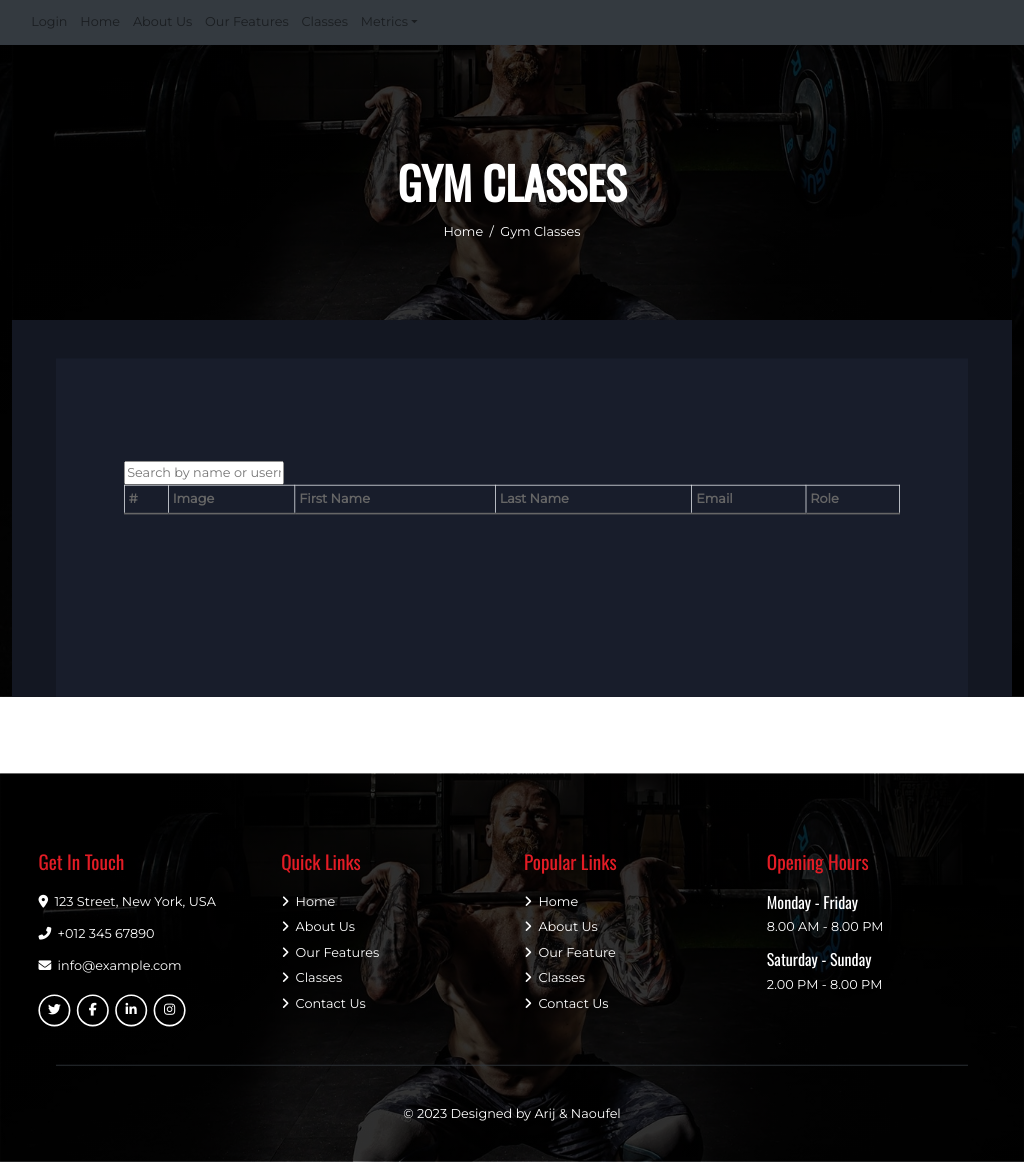
Repository: Arouja/frontgym
Page: /users
The author's editor kept a copy of each file at every save. The page is drawn from the files as they stood at one save, then again after the next save.
The browser window is 1280 px wide. The pictures show the whole page, at 80% of full size.
The page's requests for data from a server got no answer. Some web libraries are served in a nearby version. The project was rebuilt for these pictures with package versions that can differ from the ones it lists, and the page was loaded fresh each time. No one was signed in, and anything a server would have sent is missing. Also part of the build but not shown: src/App.css, src/Components/about/About.jsx, src/Components/classes/Classes.jsx, src/Components/home/Home.jsx, src/Components/feature/Feature.jsx, src/Components/contact/Contact.jsx, src/Components/login/Login.jsx, src/Components/profile/profile.js and 7 more.

Above is the page before, as saved 2023-10-11 01:46:50.

### public/index.html
<!DOCTYPE html>
<html lang="en">
  <head>
    <meta charset="utf-8" />
    <link rel="icon" href="%PUBLIC_URL%/favicon.ico" />
    <meta name="viewport" content="width=device-width, initial-scale=1" />
    <meta name="theme-color" content="#000000" />
    <meta
      name="description"
      content="Web site created using create-react-app"
    />
    <link href="https://cdn.jsdelivr.net/npm/bootstrap@5.0.2/dist/css/bootstrap.min.css" rel="stylesheet">
    <link href="https://cdnjs.cloudflare.com/ajax/libs/font-awesome/5.13.0/css/all.min.css" rel="stylesheet">
    <link rel="apple-touch-icon" href="%PUBLIC_URL%/logo192.png" />
    <!--
      manifest.json provides metadata used when your web app is installed on a
      user's mobile device or desktop. See https://developers.google.com/web/fundamentals/web-app-manifest/
    -->
    <link rel="manifest" href="%PUBLIC_URL%/manifest.json" />
    <!--
      Notice the use of %PUBLIC_URL% in the tags above.
      It will be replaced with the URL of the `public` folder during the build.
      Only files inside the `public` folder can be referenced from the HTML.

      Unlike "/favicon.ico" or "favicon.ico", "%PUBLIC_URL%/favicon.ico" will
      work correctly both with client-side routing and a non-root public URL.
      Learn how to configure a non-root public URL by running `npm run build`.
    -->
    <title>React App</title>

     <!-- Favicon -->
     <link href="img/favicon.ico" rel="icon">

     <!-- Font Awesome -->
     <link href="https://cdnjs.cloudflare.com/ajax/libs/font-awesome/5.10.0/css/all.min.css" rel="stylesheet">

     <!-- Flaticon Font -->
     <link href="lib/flaticon/font/flaticon.css" rel="stylesheet">

     <!-- Customized Bootstrap Stylesheet -->
     <link href="css/style.min.css" rel="stylesheet">






  </head>


  <body>
    <noscript>You need to enable JavaScript to run this app.</noscript>
    <div id="root"></div>
    <!--
      This HTML file is a template.
      If you open it directly in the browser, you will see an empty page.

      You can add webfonts, meta tags, or analytics to this file.
      The build step will place the bundled scripts into the <body> tag.

      To begin the development, run `npm start` or `yarn start`.
      To create a production bundle, use `npm run build` or `yarn build`.
    -->

    <!-- JavaScript Libraries -->
    <script src="https://code.jquery.com/jquery-3.4.1.min.js"></script>
    <script src="https://stackpath.bootstrapcdn.com/bootstrap/4.4.1/js/bootstrap.bundle.min.js"></script>
    <script src="lib/easing/easing.min.js"></script>
    <script src="lib/waypoints/waypoints.min.js"></script>

    <!-- Contact Javascript File -->
    <script src="mail/jqBootstrapValidation.min.js"></script>
    <script src="mail/contact.js"></script>

    <!-- Template Javascript -->
    <script src="js/main.js"></script>
    <script src="https://cdn.jsdelivr.net/npm/@popperjs/core@2.9.2/dist/umd/popper.min.js"></script>
    <script src="https://cdn.jsdelivr.net/npm/bootstrap@5.0.2/dist/js/bootstrap.min.js"></script>
    <script src="https://cdn.jsdelivr.net/npm/bootstrap@5.0.2/dist/js/bootstrap.bundle.min.js"></script>
    <script src="https://use.fontawesome.com/f59bcd8580.js"></script>
    <script src="https://cdn.jsdelivr.net/npm/@popperjs/core@2.9.2/dist/umd/popper.min.js"></script>
    <script src="https://cdn.jsdelivr.net/npm/bootstrap@5.0.2/dist/js/bootstrap.min.js"></script>
    <script src="https://cdn.jsdelivr.net/npm/bootstrap@5.0.2/dist/js/bootstrap.bundle.min.js"></script>

  </body>


</html>

### src/index.js
import React from 'react';
import ReactDOM from 'react-dom';
import { Provider } from 'react-redux';
import store from './store';
import App from './App';

ReactDOM.render(
  <Provider store={store}>
    <App />
  </Provider>,
  document.getElementById('root')
);

### src/store.js
import { createStore, applyMiddleware, combineReducers } from 'redux';
import thunk from 'redux-thunk';
import authReducer from './reducers/authReducer';

const rootReducer = combineReducers({
  auth: authReducer,
});

const store = createStore(rootReducer, applyMiddleware(thunk));

export default store;

### src/reducers/authReducer.js
import { LOGIN_SUCCESS, LOGOUT_SUCCESS, REGISTER_SUCCESS } from '../actions/types';

const initialState = {
  token: localStorage.getItem('token'),
};

const authReducer = (state = initialState, action) => {
  switch (action.type) {
    case LOGIN_SUCCESS:
    case REGISTER_SUCCESS:
      localStorage.setItem('token', action.payload);
      return {
        ...state,
        token: action.payload,
      };
    case LOGOUT_SUCCESS:
      localStorage.removeItem('token');
      return {
        ...state,
        token: null,
      };
    default:
      return state;
  }
};

export default authReducer;

### src/users/users.js
import React, { useState, useEffect } from 'react';
import axios from 'axios';
import CustomNavbar from "../Components/navbar/CustomNavbar";

import { BrowserRouter as Router, Route, Link, Routes} from "react-router-dom";
import Table from 'react-bootstrap/Table';

import Footer from "../Components/footer/footer";

import {
  MDBContainer,

} from 'mdb-react-ui-kit';

const Users = () => {
    const [users, setUsers] = useState([]);
  const [searchTerm, setSearchTerm] = useState('');



    useEffect(() => {
        fetch('http://localhost:8089/api/v1/users/all-users')
          .then(response => response.json())
          .then(data => setUsers(data))
          .catch(error => console.error('Error fetching data:', error));
      }, []);

      const filteredUsers = users.filter(user =>
        user.firstName.toLowerCase().includes(searchTerm.toLowerCase()) ||
        user.lastName.toLowerCase().includes(searchTerm.toLowerCase()) ||
        user.username.toLowerCase().includes(searchTerm.toLowerCase()) ||
        user.role.toLowerCase().includes(searchTerm.toLowerCase())
      );



  if (!users) {
    return <div>Loading...</div>;
  }

  return (
    <>

    <div style={{ display: 'flex' }}>

      <CustomNavbar profilePath={users && users.path} />
      <div className="container-fluid page-header mb-5">



      <section style= {{ backgroundColor: 'rgba(19,23,34,255)' }} >
      {/* Page Header Start */}

  <div className="container-fluid page-header mb-5">
    <div
      className="d-flex flex-column align-items-center justify-content-center pt-0 pt-lg-5"
      style={{ minHeight: 400 }}
    >
      <h4 className="display-4 mb-3 mt-0 mt-lg-5 text-white text-uppercase font-weight-bold">
        Gym Classes
      </h4>
      <div className="d-inline-flex">
        <p className="m-0 text-white">
          {/* <a className="text-white" href="">
            Home
          </a> */}
          <Link className="text-white" to="/">Home</Link>
        </p>
        <p className="m-0 text-white px-2">/</p>
        <p className="m-0 text-white">Gym Classes</p>
      </div>
    </div>
  </div>
  {/* Page Header End */}





        <MDBContainer className="py-4" style={{ backgroundColor: 'rgba(24,29,43,255)'}} >

 {/* BMI Calculation Start */}
 <div className="container-fluid position-relative bmi mt-5" style={{ marginBottom: 90 }}>

    <div className="container">
      <div className="row px-3 align-items-center">


      <div className="container-fluid position-relative bmi mt-5" style={{ marginBottom: 90 }}>
            <div className="container">
              <div className="row px-3 align-items-center">
                {/* Your table goes here */}
                <div className="p-2">
                  <input
                    type="text"
                    value={searchTerm}
                    onChange={(e) => setSearchTerm(e.target.value)}
                    placeholder="Search by name or username"
                  />
                  <Table striped bordered hover size="sm">
                    <thead>
                      <tr>
                        <th>#</th>
                        <th>Image</th>
                        <th>First Name</th>
                        <th>Last Name</th>
                        <th>Email</th>
                        <th>Role</th>
                      </tr>
                    </thead>
                    <tbody>
                      {filteredUsers.map((user, index) => (
                        <tr key={user.id}>
                          <td>{index + 1}</td>
                          <td>
                            <img
                              src={require('../images/' + user.path)}
                              alt="Profile"
                              className="rounded-circle"
                              style={{
                                width: "40px",
                                height: "40px",
                                margin: "relative",
                              }}
                            />
                          </td>
                          <td>{user.firstName}</td>
                          <td>{user.lastName}</td>
                          <td>{user.username}</td>
                          <td>{user.role}</td>
                        </tr>
                      ))}
                    </tbody>
                  </Table>
                </div>
              </div>
            </div>
          </div>



      </div>
    </div>
   </div>



   {/* BMI Calculation End */}
        </MDBContainer>

      </section>



     </div>
     </div>
      <Footer />
    </>
  );
};

export default Users;

### src/actions/types.js
export const LOGIN_SUCCESS = 'LOGIN_SUCCESS';
export const LOGOUT_SUCCESS = 'LOGOUT_SUCCESS';
export const REGISTER_SUCCESS = 'REGISTER_SUCCESS';

### src/Components/navbar/CustomNavbar.jsx
import React, { useState, useEffect } from 'react';
import Button from 'react-bootstrap/Button';
import Container from 'react-bootstrap/Container';
import Form from 'react-bootstrap/Form';
import Nav from 'react-bootstrap/Nav';
import Navbar from 'react-bootstrap/Navbar';
import NavDropdown from 'react-bootstrap/NavDropdown';
import { Link, useNavigate } from 'react-router-dom';
import { logout } from '../../actions/authActions';
import axios from 'axios';

const CustomNavbar = () => {
  const [isDropdownOpen, setIsDropdownOpen] = useState(false);
  const [profile, setProfile] = useState(null);
  const token = localStorage.getItem('token');
  const navigate = useNavigate();

  useEffect(() => {
    const fetchProfile = async () => {
      try {
        const response = await axios.get(`http://localhost:8089/api/v1/users/getuserbytoken/${token}`);
        setProfile(response.data);
      } catch (error) {
        console.error('Error fetching profile:', error);
      }
    };

    if (token) {
      fetchProfile();
    }
  }, [token]);

  const toggleDropdown = () => {
    setIsDropdownOpen(!isDropdownOpen);
  };

  const handleLogout = async () => {
    try {
      await logout();
      localStorage.removeItem('token');
      navigate('/login');
    } catch (error) {
      console.error('Error logging out:', error.response.data);
    }
  };

  return (
    <Navbar expand="lg" className="bg-dark text-white fixed-top">
      <Container fluid>
        <Navbar.Toggle aria-controls="navbarScroll" />
        <Navbar.Collapse id="navbarScroll">
          <Nav className="me-auto my-2 my-lg-0" style={{ maxHeight: '100px' }} navbarScroll>
            {!token && <Nav.Link as={Link} to="/login" className="nav-link">Login</Nav.Link>}
            <Nav.Link as={Link} to="/" className="nav-link">Home</Nav.Link>
            <Nav.Link as={Link} to="/about" className="nav-link">About Us</Nav.Link>
            <Nav.Link as={Link} to="/feature" className="nav-link">Our Features</Nav.Link>
            <Nav.Link as={Link} to="/classes" className="nav-link">Classes</Nav.Link>
            {token && profile?.role ==='ADMIN' && <Nav.Link as={Link} to="/users" className="nav-link">Users</Nav.Link>}
            <NavDropdown title="Metrics" id="navbarScrollingDropdown">
            <NavDropdown.Item href="/metrics">Metrics</NavDropdown.Item>
              <NavDropdown.Item href="/bmi">BMI</NavDropdown.Item>
              <NavDropdown.Item href="/lbm">LBM</NavDropdown.Item>
              <NavDropdown.Item href="/orm">ORM</NavDropdown.Item>
              <NavDropdown.Divider />
              <NavDropdown.Item href="#action5"></NavDropdown.Item>
            </NavDropdown>

          </Nav>

          {token && (
            <div className="nav-item dropdown">
              <button
                className="nav-link btn btn-link"
                data-toggle="dropdown"
                aria-haspopup="true"
                aria-expanded="false"
                onClick={toggleDropdown}
              >
                {profile && (
                  <img
                    src={require('../../images/' + profile.path)}
                    alt="Profile"
                    className="rounded-circle"
                    style={{
                      width: "40px",
                      height: "40px",
                      margin: "relative",
                    }}
                  />
                )}
              </button>
              {profile && (
                <div className="dropdown-menu dropdown-menu-right text-capitalize">
                  <Link to="/profile" className="dropdown-item">
                    Profile
                  </Link>
                  <Link to="/account" className="dropdown-item">
                    Account
                  </Link>
                  <Link to="/settings" className="dropdown-item">
                    Settings
                  </Link>
                  <button className="dropdown-item" onClick={handleLogout}>Logout</button>
                </div>
              )}
            </div>
          )}
        </Navbar.Collapse>
      </Container>
    </Navbar>
  );
};

export default CustomNavbar;

### src/Components/footer/footer.jsx
import React from 'react';
import { Link } from 'react-router-dom'; // Import the Link component from React Router

const Footer = () => {
  return (
    <>
      {/* Footer Start */}
      <div className="footer container-fluid mt-5 py-5 px-sm-3 px-md-5 text-white">
        <div className="row pt-5">
          <div className="col-lg-3 col-md-6 mb-5">
            <h4 className="text-primary mb-4">Get In Touch</h4>
            <p>
              <i className="fa fa-map-marker-alt mr-2" />
              123 Street, New York, USA
            </p>
            <p>
              <i className="fa fa-phone-alt mr-2" />
              +012 345 67890
            </p>
            <p>
              <i className="fa fa-envelope mr-2" />
              info@example.com
            </p>
            <div className="d-flex justify-content-start mt-4">
              <Link
                to="#"
                className="btn btn-outline-light rounded-circle text-center mr-2 px-0"
                style={{ width: 40, height: 40 }}
              >
                <i className="fab fa-twitter" />
              </Link>
              <Link
                to="#"
                className="btn btn-outline-light rounded-circle text-center mr-2 px-0"
                style={{ width: 40, height: 40 }}
              >
                <i className="fab fa-facebook-f" />
              </Link>
              <Link
                to="#"
                className="btn btn-outline-light rounded-circle text-center mr-2 px-0"
                style={{ width: 40, height: 40 }}
              >
                <i className="fab fa-linkedin-in" />
              </Link>
              <Link
                to="#"
                className="btn btn-outline-light rounded-circle text-center mr-2 px-0"
                style={{ width: 40, height: 40 }}
              >
                <i className="fab fa-instagram" />
              </Link>
            </div>
          </div>
          <div className="col-lg-3 col-md-6 mb-5">
    <h4 className="text-primary mb-4">Quick Links</h4>
    <div className="d-flex flex-column justify-content-start">

      {/* <a className="text-white mb-2" href="#">
        <i className="fa fa-angle-right mr-2" />
        Home
      </a> */}
      <Link className="text-white mb-2" to="/">
      <i className="fa fa-angle-right mr-2" />
        Home</Link>

      {/* <a className="text-white mb-2" href="#">
        <i className="fa fa-angle-right mr-2" />
        About Us
      </a> */}
      <Link className="text-white mb-2" to="/about">
      <i className="fa fa-angle-right mr-2" />
        About Us</Link>

      {/* <a className="text-white mb-2" href="#">
        <i className="fa fa-angle-right mr-2" />
        Our Features
      </a> */}
      <Link className="text-white mb-2" to="/feature">
      <i className="fa fa-angle-right mr-2" />
        Our Features</Link>

      {/* <a className="text-white mb-2" href="#">
        <i className="fa fa-angle-right mr-2" />
        Classes
      </a> */}
      <Link className="text-white mb-2" to="/classes">
      <i className="fa fa-angle-right mr-2" />
        Classes</Link>

      {/* <a className="text-white" href="#">
        <i className="fa fa-angle-right mr-2" />
        Contact Us
      </a> */}
      <Link className="text-white" to="/contact">
      <i className="fa fa-angle-right mr-2" />
        Contact Us</Link>
    </div>
  </div>
  <div className="col-lg-3 col-md-6 mb-5">
    <h4 className="text-primary mb-4">Popular Links</h4>
    <div className="d-flex flex-column justify-content-start">
      {/* <a className="text-white mb-2" href="#">
        <i className="fa fa-angle-right mr-2" />
        Home
      </a> */}
      <Link className="text-white mb-2" to="/">
      <i className="fa fa-angle-right mr-2" />
        Home</Link>

      {/* <a className="text-white mb-2" href="#">
        <i className="fa fa-angle-right mr-2" />
        About Us
      </a> */}
      <Link className="text-white mb-2" to="/about">
      <i className="fa fa-angle-right mr-2" />
        About Us</Link>

      {/* <a className="text-white mb-2" href="#">
        <i className="fa fa-angle-right mr-2" />
        Our Features
      </a> */}
      <Link className="text-white mb-2" to="/feature">
      <i className="fa fa-angle-right mr-2" />
        Our Feature</Link>

      {/* <a className="text-white mb-2" href="#">
        <i className="fa fa-angle-right mr-2" />
        Classes
      </a> */}
      <Link className="text-white mb-2" to="/classes">
      <i className="fa fa-angle-right mr-2" />
        Classes</Link>

      {/* <a className="text-white" href="#">
        <i className="fa fa-angle-right mr-2" />
        Contact Us
      </a> */}
      <Link className="text-white" to="/contact">
      <i className="fa fa-angle-right mr-2" />
        Contact Us</Link>
    </div>
  </div>
          <div className="col-lg-3 col-md-6 mb-5">
            <h4 className="text-primary mb-4">Opening Hours</h4>
            <h5 className="text-white">Monday - Friday</h5>
            <p>8.00 AM - 8.00 PM</p>
            <h5 className="text-white">Saturday - Sunday</h5>
            <p>2.00 PM - 8.00 PM</p>
          </div>
        </div>
        <div className="container border-top border-dark pt-5">
          <p className="m-0 text-center text-white">
            ©{' '}
            {/* <Link to="#" className="text-white font-weight-bold">
              Your Site Name
            </Link> */}
            2023 Designed by Arij & Naoufel{' '}
            {/* <Link to="https://htmlcodex.com" className="text-white font-weight-bold">
              HTML Codex
            </Link> */}
          </p>
        </div>
      </div>
      {/* Footer End */}
    </>
  )
};

export default Footer;

### src/actions/authActions.js
import axios from 'axios';
import { LOGIN_SUCCESS, LOGOUT_SUCCESS, REGISTER_SUCCESS } from './types';

export const login = (email, password) => async (dispatch) => {
  try {
    const response = await axios.post('http://localhost:8089/api/v1/auth/signin', { email, password });
    dispatch({ type: LOGIN_SUCCESS, payload: response.data.token });
    localStorage.setItem('token', response.data.token);
  } catch (error) {
    console.error('Error logging in:', error);
  }
};

export const logout = () => async (dispatch) => {
    try {
      // Make a request to your server to handle the logout operation
      await axios.post('http://localhost:8089/api/v1/auth/logout');

      // Dispatch LOGOUT_SUCCESS upon successful logout
      dispatch({ type: LOGOUT_SUCCESS });
    } catch (error) {
      console.error('Error logging out:', error);
    }
};

export const register = (firstName, lastName, email, password, role) => async (dispatch) => {
  try {
    const response = await axios.post('http://localhost:8089/api/v1/auth/register', { firstName, lastName, email, password, role });
    dispatch({ type: REGISTER_SUCCESS, payload: response.data.token });
  } catch (error) {
    console.error('Error registering:', error);
  }
};

### public/js/main.js
(function ($) {
    "use strict";

    // Dropdown on mouse hover
    $(document).ready(function () {
        function toggleNavbarMethod() {
            if ($(window).width() > 992) {
                $('.navbar .dropdown').on('mouseover', function () {
                    $('.dropdown-toggle', this).trigger('click');
                }).on('mouseout', function () {
                    $('.dropdown-toggle', this).trigger('click').blur();
                });
            } else {
                $('.navbar .dropdown').off('mouseover').off('mouseout');
            }
        }
        toggleNavbarMethod();
        $(window).resize(toggleNavbarMethod);
    });


    // Back to top button
    $(window).scroll(function () {
        if ($(this).scrollTop() > 100) {
            $('.back-to-top').fadeIn('slow');
        } else {
            $('.back-to-top').fadeOut('slow');
        }
    });
    $('.back-to-top').click(function () {
        $('html, body').animate({scrollTop: 0}, 1500, 'easeInOutExpo');
        return false;
    });
})(jQuery);

Loaded but not shown: public/lib/flaticon/font/flaticon.css (common file); public/css/style.min.css (library); public/lib/easing/easing.min.js (common file); public/lib/waypoints/waypoints.min.js (library); public/mail/jqBootstrapValidation.min.js (library); public/mail/contact.js (65 lines, source omitted); src/App.js (49 lines, source omitted)

After the next save:
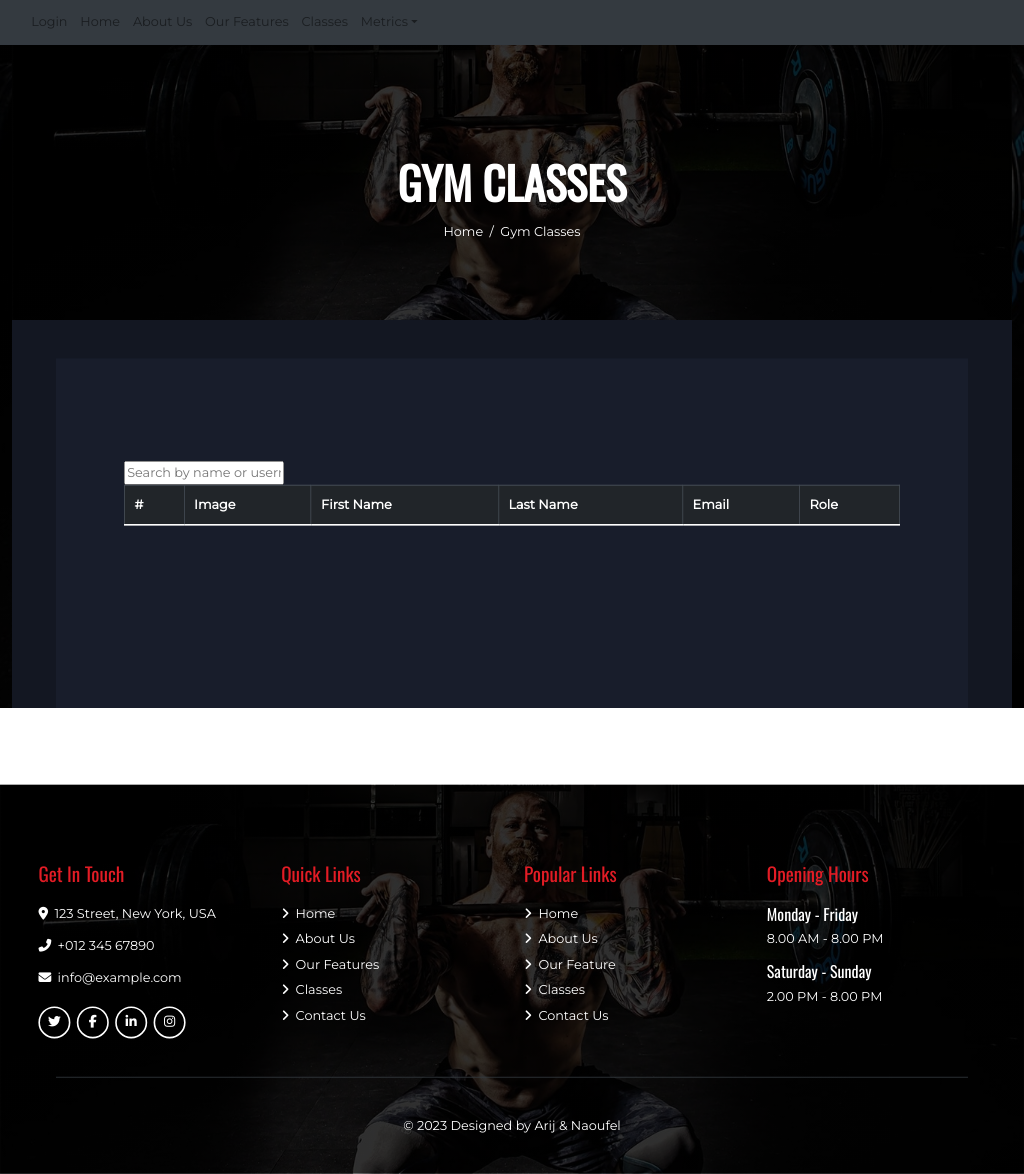
Saved 4 min 28 s later.
--- a/src/users/users.js
+++ b/src/users/users.js
@@ -97,7 +97,7 @@ const Users = () => {
                     onChange={(e) => setSearchTerm(e.target.value)}
                     placeholder="Search by name or username"
                   />
-                  <Table striped bordered hover size="sm">
+                  <Table Table striped bordered hover variant="dark">
                     <thead>
                       <tr>
                         <th>#</th>
